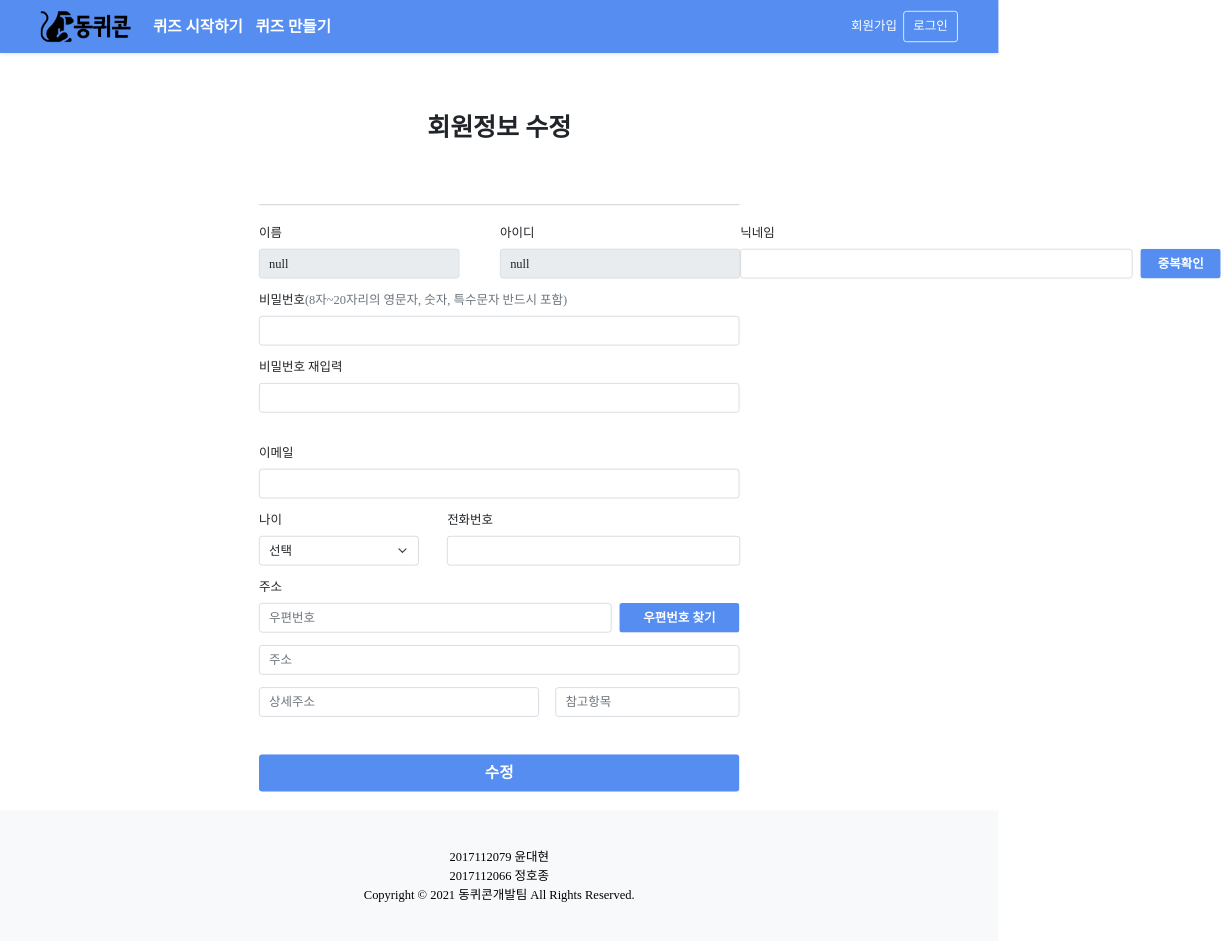
Repository: eogus0512/Quiz_WebProject
Page: http://localhost/Quiz_WebProject/myPage.jsp
An editor plug-in stored every save of this project. The page is shown before and after the next save, followed by the edit.
The browser window is 1280 px wide. The page is 1565 px wide, so the pictures cover 1565 px, including what lies to the right of the window. The pictures show the whole page, at 78% of full size.
Some web fonts or font styles are not loaded; a fallback is used. The page is served by Tomcat 9.

Above is the page before, as saved 2021-12-12 10:40:20.

After the next save:
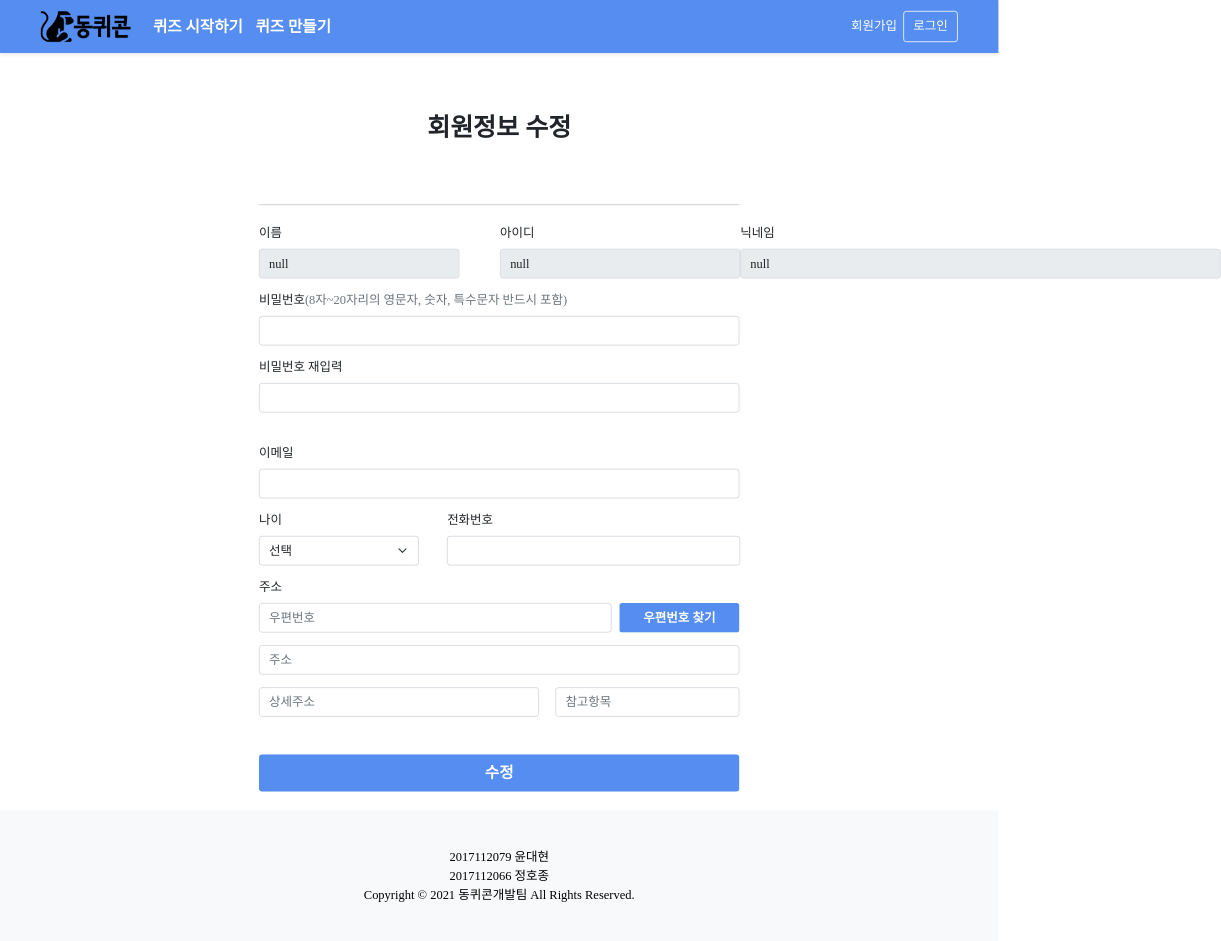
Saved 28 s later.
--- a/Quiz_WebProject/WebContent/myPage.jsp
+++ b/Quiz_WebProject/WebContent/myPage.jsp
@@ -134,8 +134,7 @@
 			<div class="col-12">
                 <label for="NickName" class="form-label">닉네임</label>
                 <div class="col-12 d-flex">
-                    <input type="text" class="form-control" name="NickName" id="NickName" placeholder="" style="margin-right: 10px" required>
-                    <button class="col-2 btn" style="background-color: #558DF0; color:white;" onclick="openCheckNickName()"><b>중복확인</b></button>
+                    <input type="text" class="form-control" name="NickName" id="NickName" value="<%=session.getAttribute("NickName") %>" disabled>
                 </div>
             </div>
         	</div>
